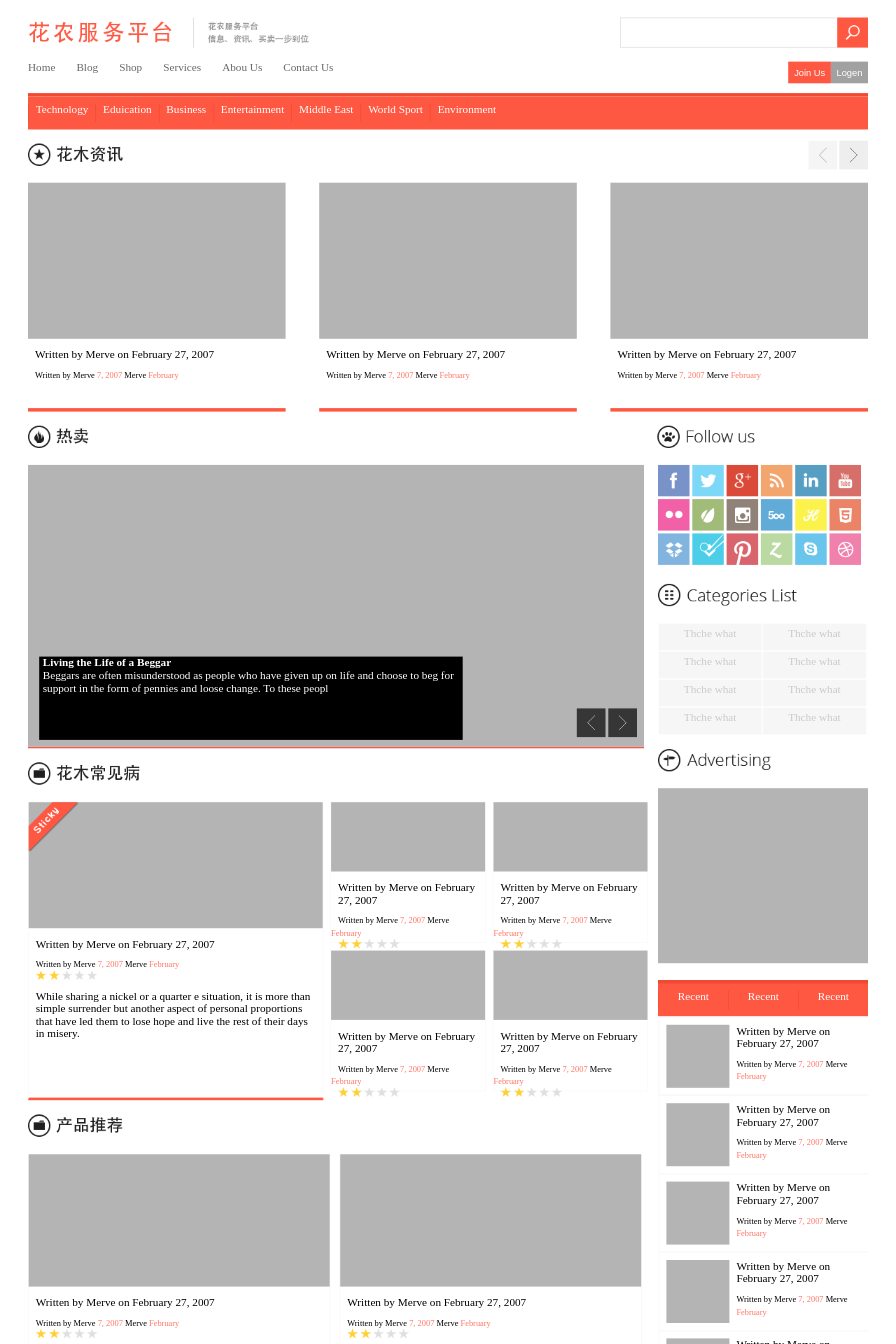
Repository: whathappentome/shoppingMall
Page: try_one.html
The author's editor kept a copy of each file at every save. The page is drawn from the files as they stood at one save, then again after the next save.
The browser window is 1280 px wide. The pictures show the part of the page from y = 0 to 1920 px (the page is 3687 px tall before and 3775 px after), at 70% of full size.

Above is the page before, as saved 2017-02-28 10:18:00.

After the next save:
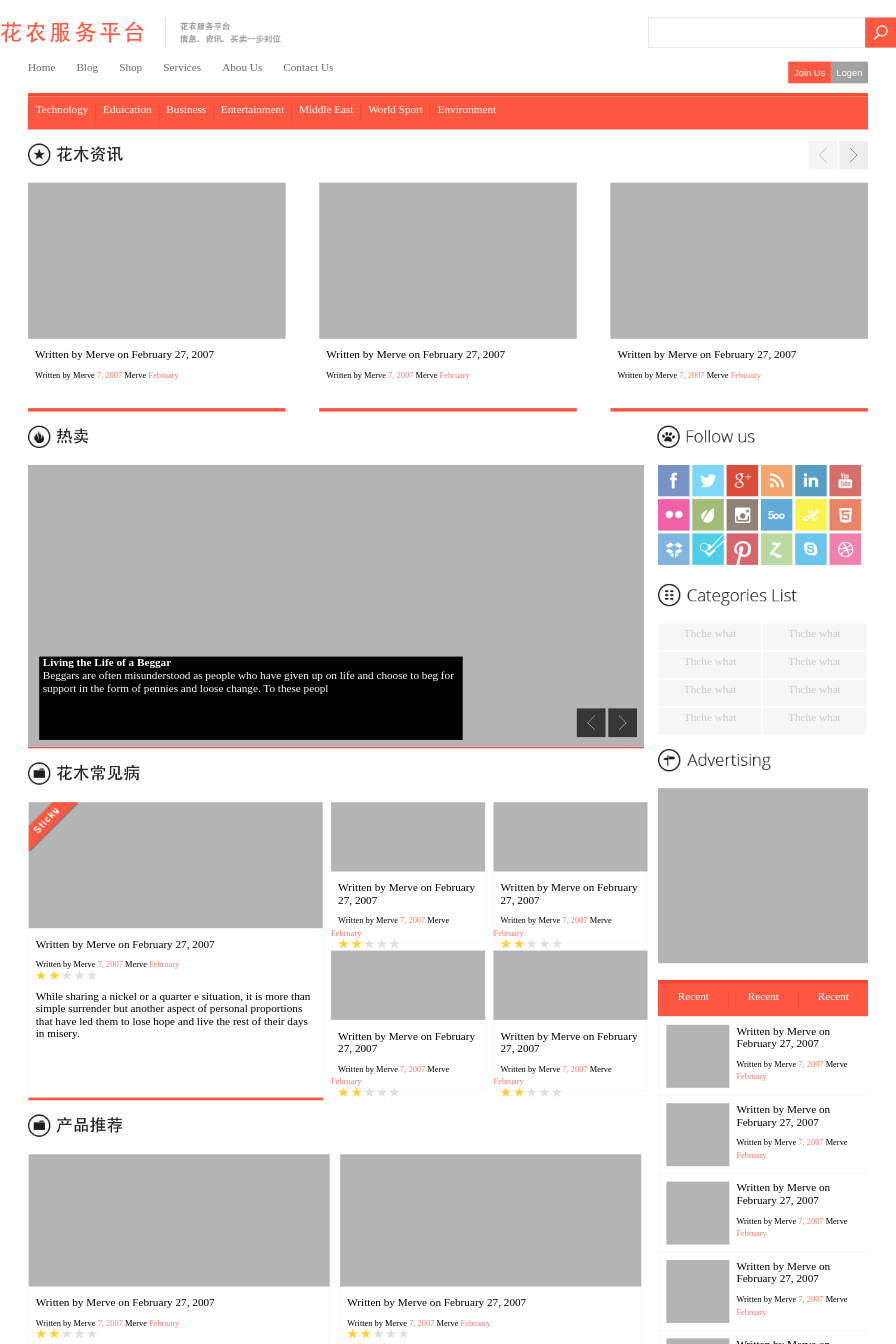
Saved 5 min 4 s later.
--- a/try_one.html
+++ b/try_one.html
@@ -8,12 +8,12 @@
 </head>
 
 <body>
+	<div class="head_1">
+		<img src="img/01_02.png" />
+		<input class="search" type="text" />
+		<img class="search_1" src="img/47.png" />
+	</div>
 	<div class="all">
-		<div class="head_1">
-			<img src="img/01_02.png" />
-			<input class="search" type="text" />
-			<img class="search_1" src="img/47.png" />
-		</div>
 		<div class="head_2">
 			<div class="head_3">
 				<p class="head_2_1">Home</p>
